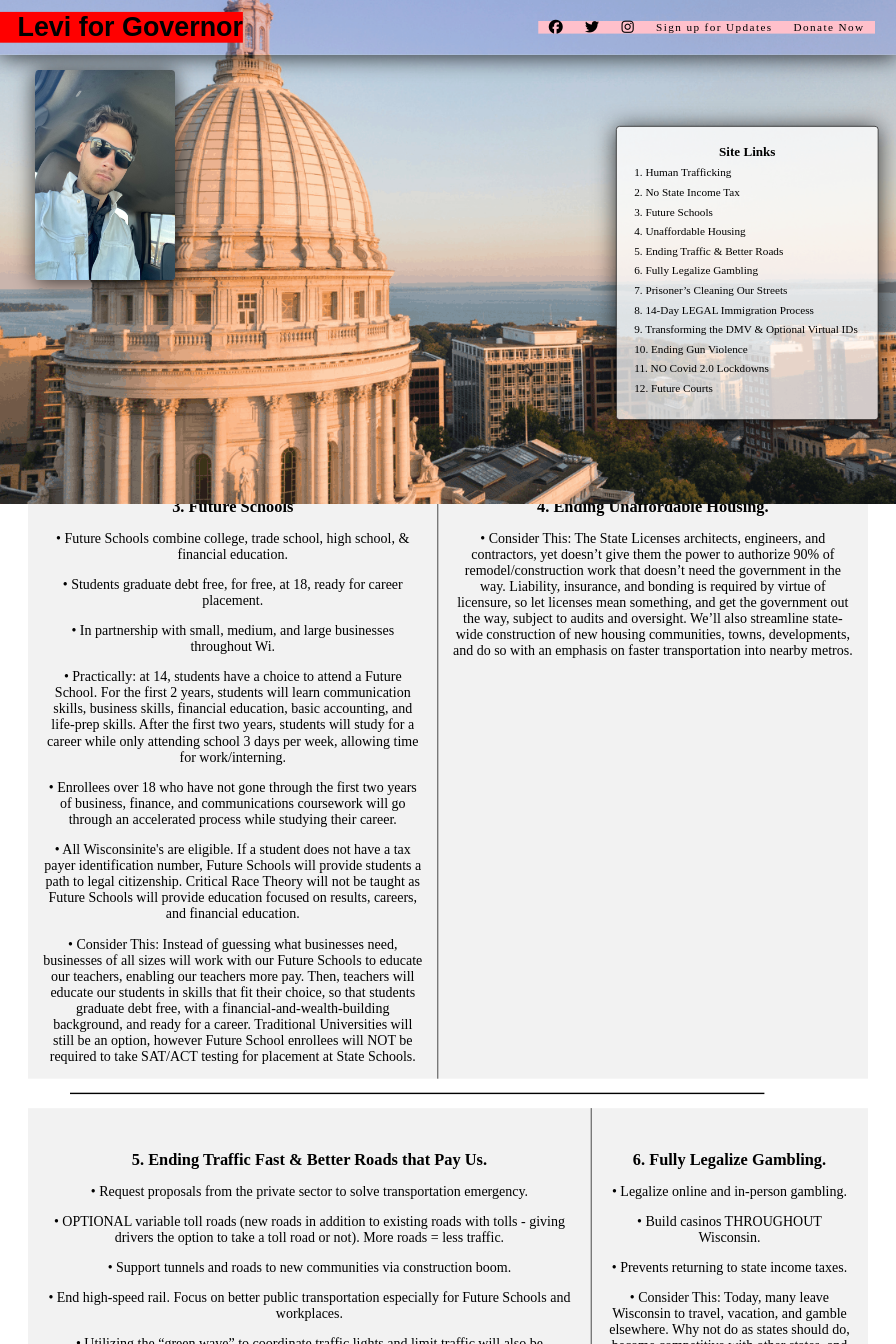
Repository: LeviCB/LeviCB.github.io
Page: index.html
The author's editor kept a record of every edit. The page is drawn from the files as they stood at one moment, then again after the next edit.
The browser window is 1280 px wide. The pictures show the part of the page from y = 0 to 1920 px (the page is 3981 px tall), at 70% of full size.
Some web fonts or font styles are not loaded; a fallback is used. Some web libraries are served in a nearby version.

Above is the page before.
Console error: SyntaxError: Identifier 'head' has already been declared

After the next edit:
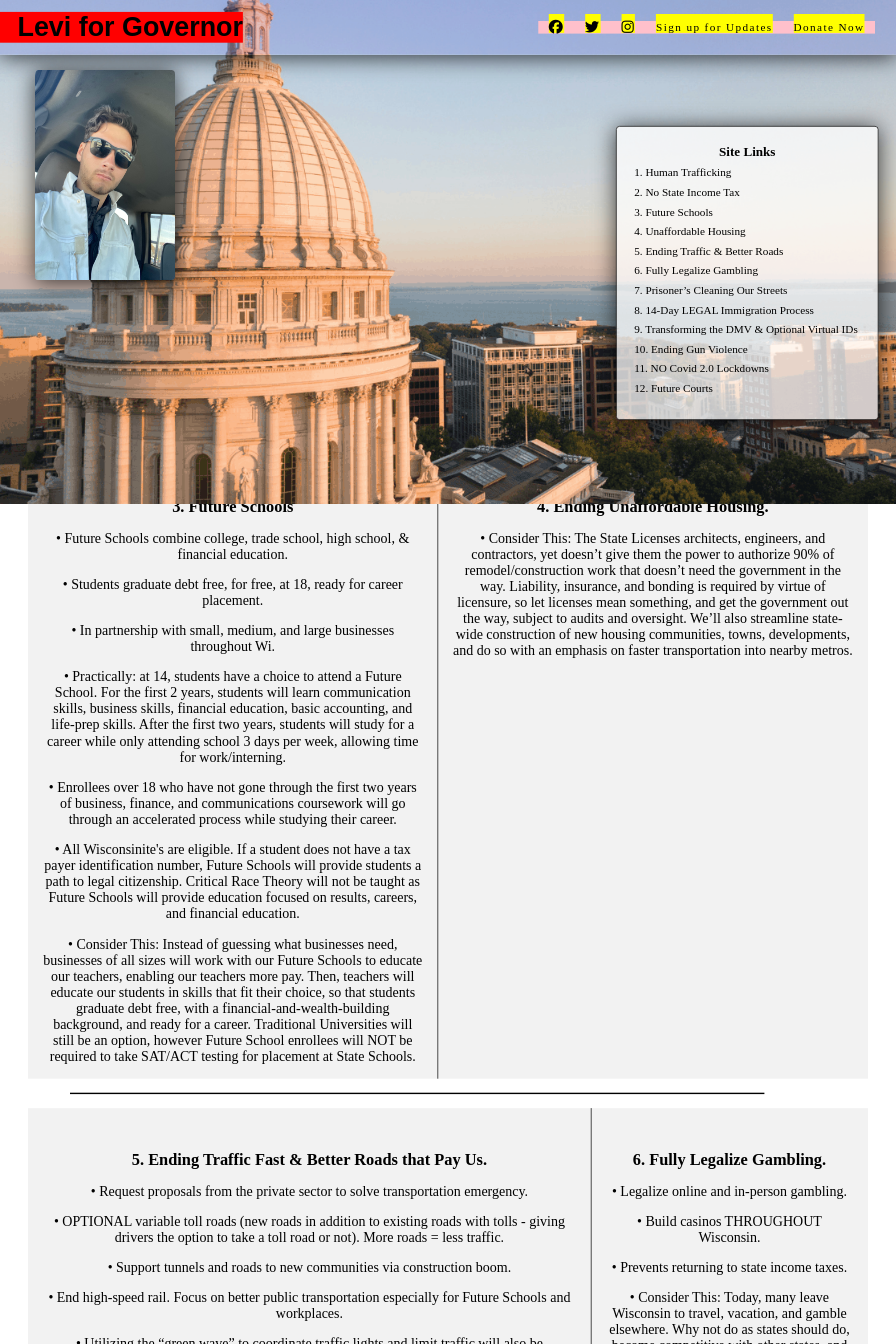
The edit:
--- a/assets/css/style.css
+++ b/assets/css/style.css
@@ -162,6 +162,7 @@
   list-style: none;
 }
 header ul li a {
+  background-color: yellow;
   position: relative;
   margin: 0 15px;
   padding-top: 10px;
